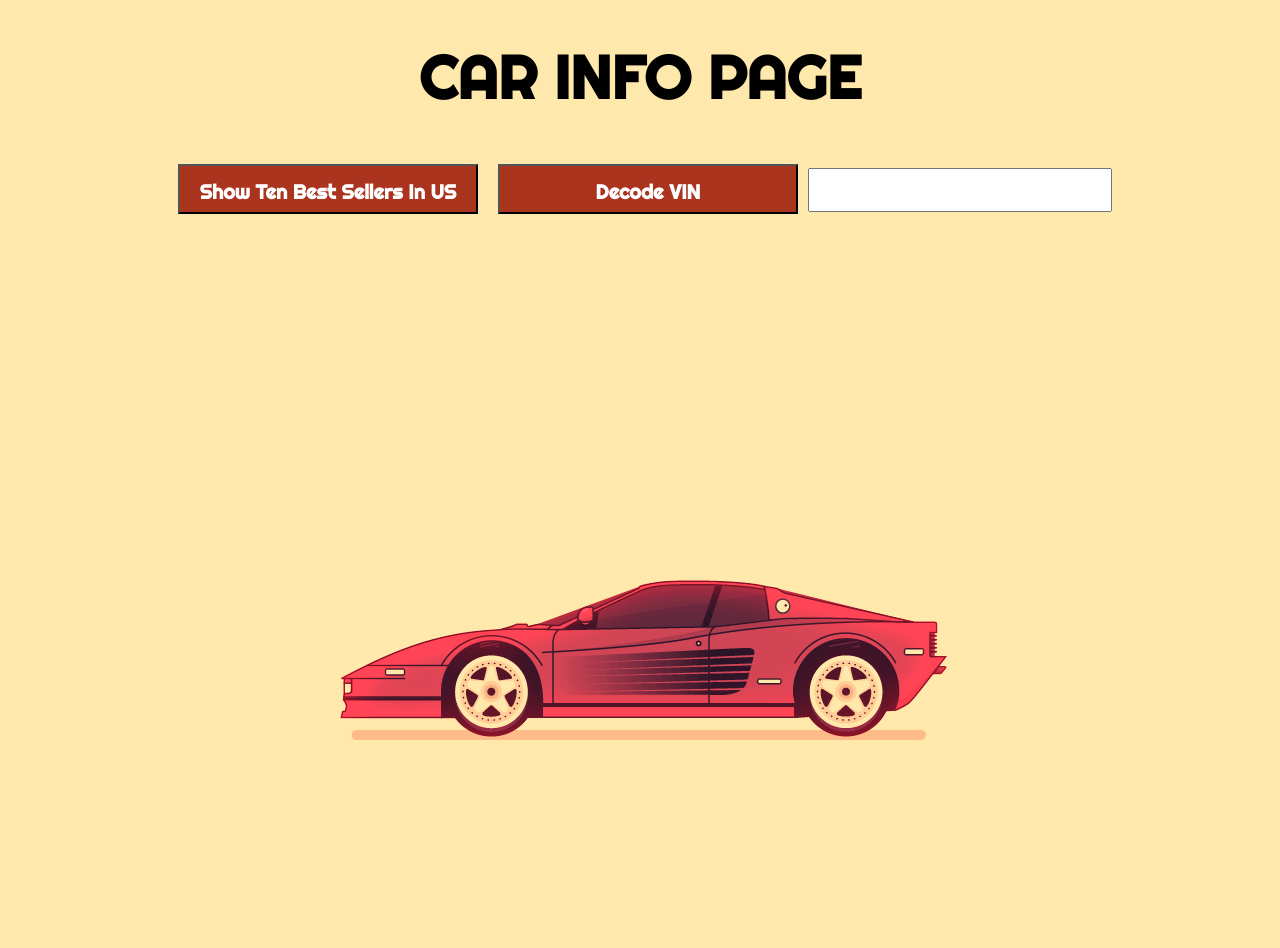
Repository: shadowmare358/vueVinCheck
Page: /
These files come from the project's save history. The page is drawn as it stood at one moment and after a run of saves; the edit follows.
The browser window is 1280 px wide. The pictures show the whole page.
The project was rebuilt for these pictures with package versions that can differ from the ones it lists, and the page was loaded fresh each time.

Above is the page before, as saved 2019-11-05 11:42:24.

### public/index.html
<!DOCTYPE html>
<html lang="en">
  <head>
    <meta charset="utf-8">
    <meta http-equiv="X-UA-Compatible" content="IE=edge">
    <meta name="viewport" content="width=device-width,initial-scale=1.0">
    <link rel="icon" href="<%= BASE_URL %>favicon.ico">
    <title>vue-carconfig</title>
  </head>
  <body>
    <noscript>
      <strong>We're sorry but vue-carconfig doesn't work properly without JavaScript enabled. Please enable it to continue.</strong>
    </noscript>
    <div id="app"></div>
    <!-- built files will be auto injected -->
  </body>
</html>

### src/App.vue
<template>
  <div id="app">
    <search></search>
     <div id="car"></div>
  </div>

</template>

<script>
import Search from './components/Search.vue'

export default {
  name: 'app',
  components: {
    Search
  }
}

</script>

<style>
#app {
  font-family: 'Avenir', Helvetica, Arial, sans-serif;
  -webkit-font-smoothing: antialiased;
  -moz-osx-font-smoothing: grayscale;
  text-align: center;
  color:
  margin-top: 60px;
  background-size: cover;

}
body{
margin: 0;
padding: 0;
overflow: hidden;
background-color: #FFE8AC;
}
#car{
  position: absolute;
  top: 90%;
  left: 50%;
  transform:translate(-50%,-50%);
  width: 800px;
  height: 600px;
  background-image: url('./img/car.gif');
  z-index: -1;
}

</style>

### src/components/Search.vue
<template>
  <div class="search">
    <h1>CAR INFO PAGE</h1>
    <nav>
    <button class="btn-one" v-on:click="getPopularCarResults()">Show Ten Best Sellers In US</button>
    <button class="btn-one" v-on:click="getVIN()">Decode VIN</button>
    <input v-model="vin" v-on:keyup.enter="getVIN()">
    </nav>
    <div v-if="!carResults"></div>
    <ul v-if="showCarResults">
        <li v-for="result in carResults" v-bind:key="result.id">{{result.make}} {{result.model}} Number of cars sold: {{result.count}}</li>
    </ul>
<div v-if="showVinResults">
    <p>Year {{vinResults.year}}</p>
    <p>Brand {{vinResults.make}}</p>
    <p>Model {{vinResults.model}}</p>
    <p>Engine {{vinResults.engine}}</p>
    <p>Drive train {{vinResults.drivetrain}}</p>
    <p>Transmission {{vinResults.transmission}}</p>
    <p>Cylinders {{vinResults.cylinders}}</p>
</div>

  </div>
</template>

<script>
export default {
  name: "search",
  data() {
    return {
      msg: "Search",
      query: "",
      carResults: "",
      imagesResults: [],
      vinResults: [],
      modelInfo: "",
      vin: "",
      showCarResults: false,
      showVinResults: false
    };
  },
  methods: {
    async getPopularCarResults() {
        const marketApiKey = "NuJ2q06UO5TRrFU2QfhteMzvIPRz5sNu"
      await fetch(
        `https://marketcheck-prod.apigee.net/v1/popular/cars?api_key=${marketApiKey}&car_type=new`
      )
        .then(response => response.json())
        .then(myJson => this.carResults = myJson.slice(0,10))
        .catch(err => alert(`Cannot get requested data ${err}`));
        this.showVinResults=false;
        this.showCarResults=true;
    },
    async getImageResults(){
         const cxKey = '001912728085642910227:akqkacx3uim';
         const googleApiKey = 'AIzaSyCAJ2rKXL-X_daAy2dveCO--E5ciLgIK6k';
        const carResult = this.carResults[0];

       await fetch(
        `https://www.googleapis.com/customsearch/v1?q=${carResult}&key=${googleApiKey}&cx=${cxKey}&searchType=image&fileType=jpg&imgSize=small&alt=json`
      )
        .then(response => response.json())
        .then(myJson => this.imagesResults = myJson.items)
        .catch(err => alert(`Cannot get requested data ${err}`));
  },
  async getVIN(){
     await fetch(
        `http://marketcheck-prod.apigee.net/v1/vin/${this.vin}/specs?api_key=NuJ2q06UO5TRrFU2QfhteMzvIPRz5sNu`,{
          method: 'GET',
          host: "marketcheck-prod.apigee.net",
          headers:{
            "Content-type": "application/json",
            "Return-type": "Build"
          }
        }
      )
        .then(response => response.json())
        .then(myJson => JSON.stringify(this.vinResults = myJson))
        .catch(err => alert(`Cannot get requested data ${err}`));
        this.showCarResults=false;
        this.showVinResults=true;
  }
}
};
</script>
<style  scoped>
@import url('https://fonts.googleapis.com/css?family=Righteous&display=swap');
*{
    font-family: 'Righteous', sans-serif;
}
.btn-one {

  font-size: 20px;
  font-weight: bold;
  line-height: 50px;
    height: 50px;
    text-align: center;
    width: 300px;
    cursor: pointer;
    color: white;
    transition: all 0.3s;
    position: relative;
    margin: 10px;
    background-color: rgb(161, 29, 6);
}
.btn-one span {
    transition: all 0.3s;
}
.btn-one::before {
    content: '';
    position: absolute;
    bottom: 0;
    left: 0;
    width: 100%;
    height: 100%;
    z-index: 1;
    opacity: 0;
    transition: all 0.3s;
    border-top-width: 1px;
    border-bottom-width: 1px;
    border-top-style: solid;
    border-bottom-style: solid;
    border-top-color: rgba(255,255,255,0.5);
    border-bottom-color: rgba(255,255,255,0.5);
    transform: scale(0.1, 1);
}
.btn-one:hover span {
    letter-spacing: 2px;
}
.btn-one:hover::before {
    opacity: 1;
    transform: scale(1, 1);
}
.btn-one::after {
    content: '';
    position: absolute;
    bottom: 0;
    left: 0;
    width: 100%;
    height: 100%;
    z-index: 1;
    transition: all 0.3s;
    background-color: rgba(255,255,255,0.1);
}
.btn-one:hover::after {
    opacity: 0;
    transform: scale(0.1, 1);
}
p{
  margin: 10px;
  font-weight: bold;
  font-size: 24px;
}
li{
  margin: 10px;
  font-weight: bold;
  font-size: 24px;
  list-style:none;
}
li:nth-child(1){
  font-size: 30px;
  color:goldenrod;
  text-decoration: underline;
}
li:nth-child(2){
  font-size: 28px;
}
li:nth-child(3){
  font-size: 28px;
}
h1{
  font-size: 60px;
}
input{
  margin: 0;
  padding: 0;
  width: 300px;
  height: 40px;
  line-height: 1rem;
  font-size: 25px;
  text-align: center;
  font-weight: bold;
}
</style>

Loaded but not shown: src/main.js (common file)

After the next 3 saves:
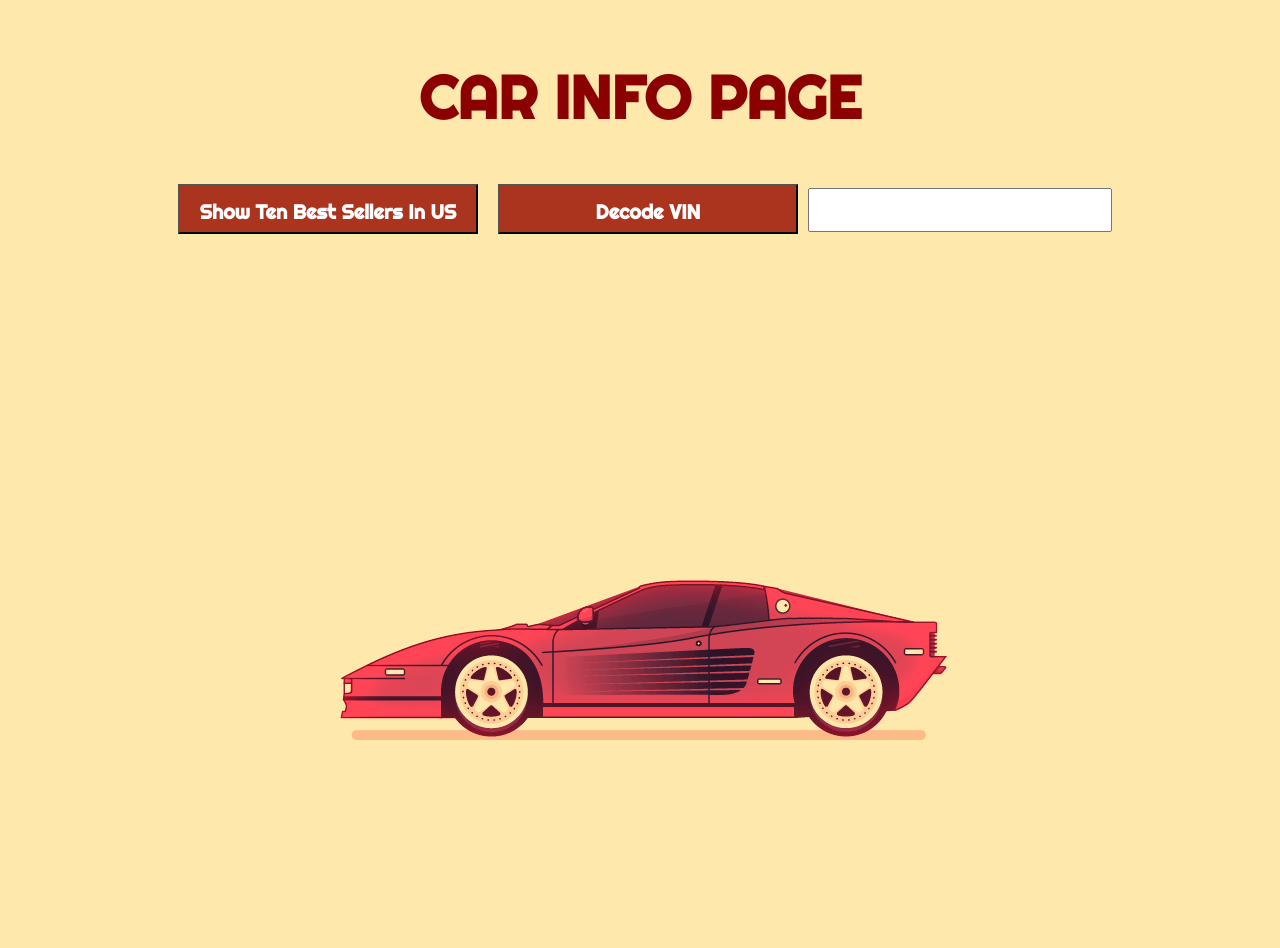
The 3 saves are shown as one change because they came seconds apart.
The last was saved 8 s later.
--- a/src/App.vue
+++ b/src/App.vue
@@ -24,7 +24,7 @@
   -webkit-font-smoothing: antialiased;
   -moz-osx-font-smoothing: grayscale;
   text-align: center;
-  color:
+  color:darkred;
   margin-top: 60px;
   background-size: cover;
 
